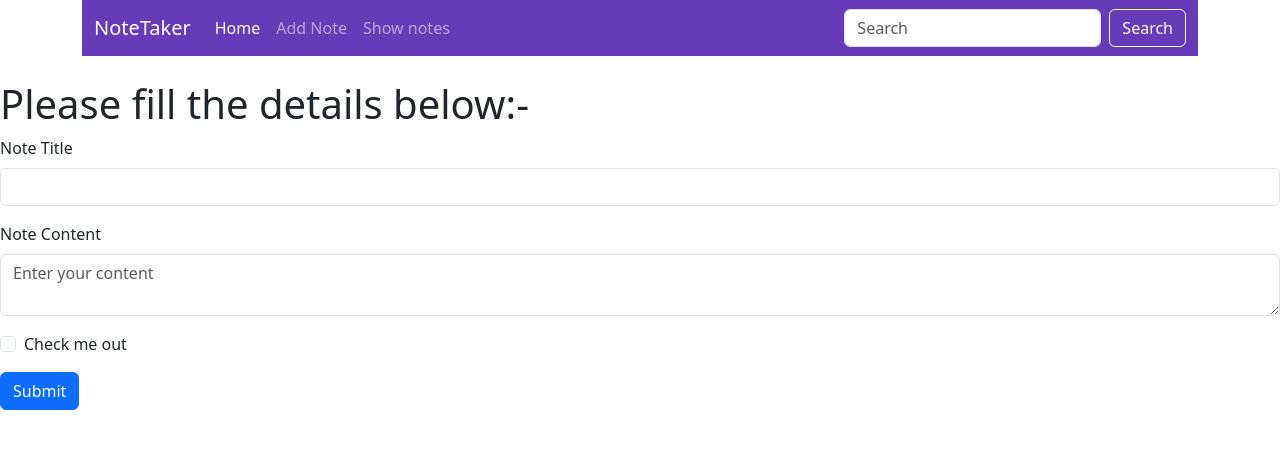
Repository: smritihbtu/Note-Maker
Page: http://localhost/NoteTaker/add_notes.jsp
The author's editor kept a copy of each file at every save. The page is drawn from the files as they stood at one save, then again after the next save.
The browser window is 1280 px wide. The pictures show the whole page.
The page is served by Tomcat 9.

Above is the page before, as saved 2023-08-20 06:54:29.

After the next save:
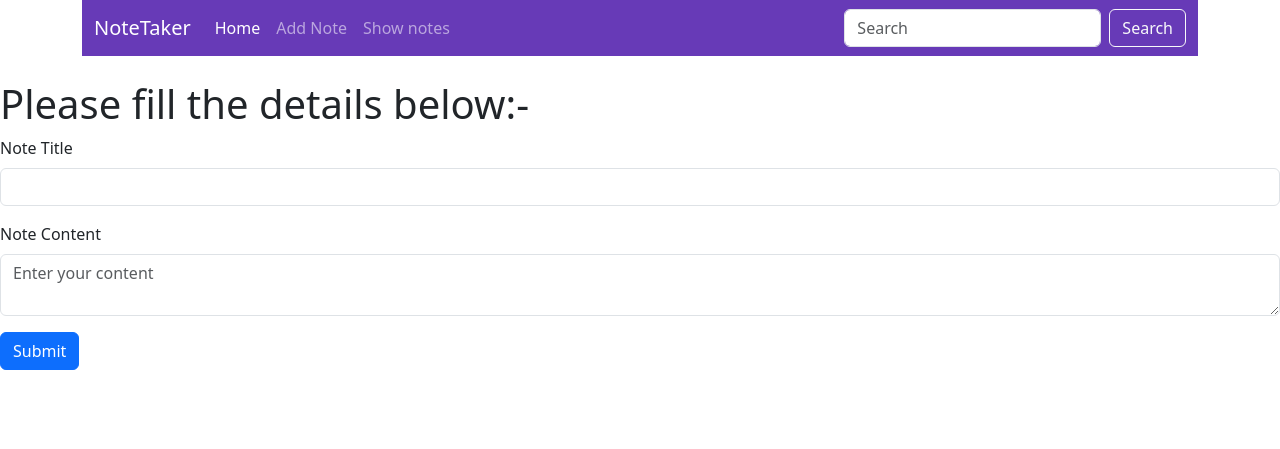
Saved 21 s later.
--- a/NoteTaker/src/main/webapp/add_notes.jsp
+++ b/NoteTaker/src/main/webapp/add_notes.jsp
@@ -32,11 +32,8 @@
     <textarea id="content" placeholder= "Enter your content"
     class="form-control"></textarea>
   </div>
-  <div class="mb-3 form-check">
-    <input type="checkbox" class="form-check-input" id="exampleCheck1">
-    <label class="form-check-label" for="exampleCheck1">Check me out</label>
-  </div>
-  <button type="submit" class="btn btn-primary">Submit</button>
+
+  <button type="Add" class="btn btn-primary">Submit</button>
 </form>
 
 </body>
